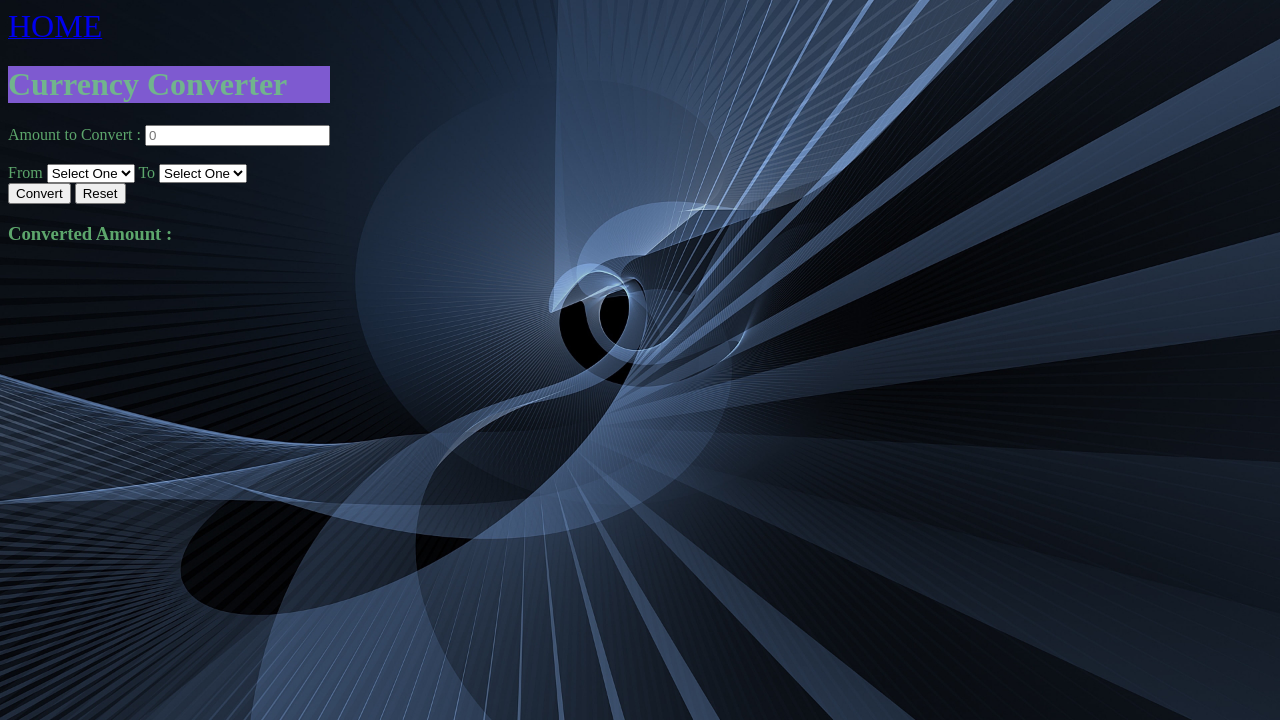
Repository: AJEET006/AdvanceJava-DSA
Page: ADVANCE_JAVA/HW_Example/WebContent/CurrencyConverter.html
The author's editor kept a copy of each file at every save. The page is drawn from the files as they stood at one save, then again after the next save.
The browser window is 1280 px wide. The page is 1288 px wide, so the pictures cover 1288 px, including what lies to the right of the window. The pictures show the whole page.

Above is the page before, as saved 2022-06-22 02:48:34.

### ADVANCE_JAVA/HW_Example/WebContent/CurrencyConverter.html
<!DOCTYPE html>
<html>
<head>
<style>
body {
	background-image: url("./home3.jpg");
	height: 50%;
	width: 100%;
	background-repeat: no-repeat;
	background-size: cover;
}
</style>
<meta charset="ISO-8859-1">
<title>Insert title here</title>
</head>
<body>
	<a href="Firstpage.html"><font size="6"
		style="border-width: medium;">HOME</font></a>
	<center></center>
	<div
		style="color: rgba(110, 199, 126, 0.825); border: size 2px; width: fit-content;">
		<h1 style="background-color: rgb(126, 90, 208);">Currency
			Converter</h1>
		Amount to Convert : <input type="text" placeholder="0"> <br />
		<br /> From <select>
			<option value="select">Select One</option>
			<option value="USD">USD</option>
			<option value="INR">INR</option>
		</select> To <select>
			<option value="Select">Select One</option>

			<option value="USD">USD</option>
			<option value="INR">INR</option>
		</select> <br /> <input type="button" value="Convert" /> <input type="button"
			value="Reset" />

		<h3>Converted Amount :</h3>



	</div>

</body>
</html>

After the next save:
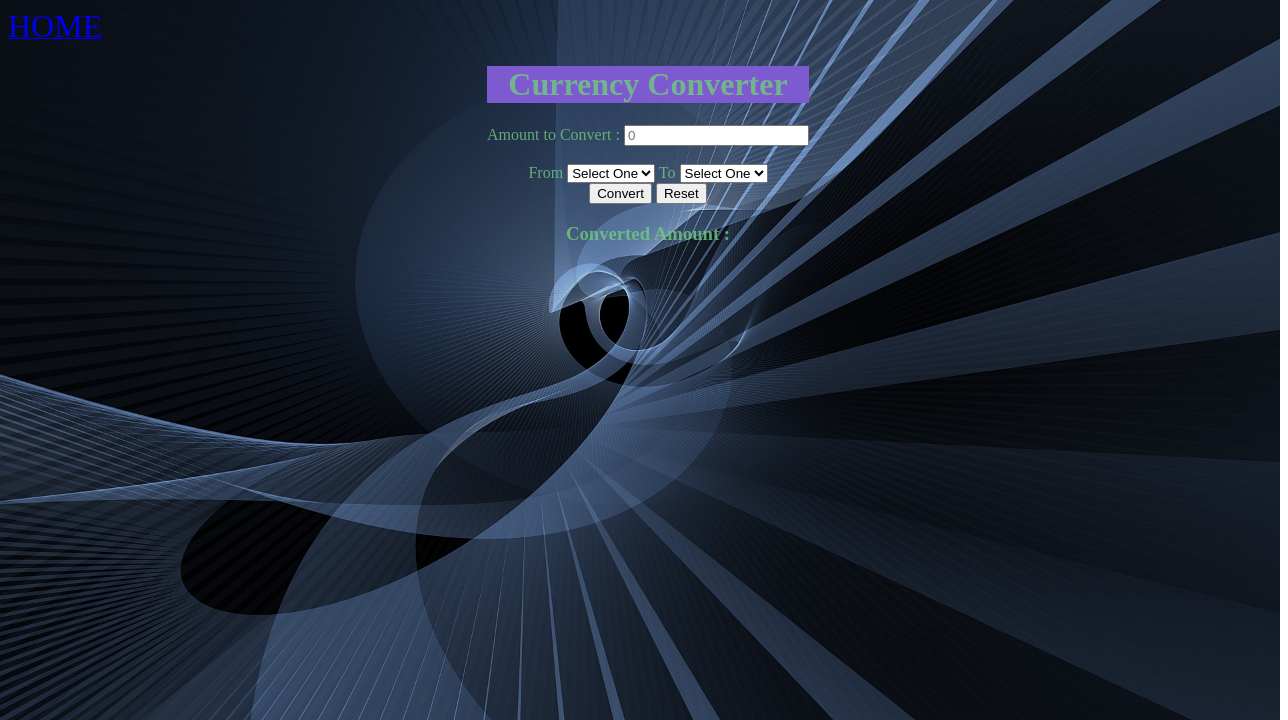
Saved 44 s later.
--- a/ADVANCE_JAVA/HW_Example/WebContent/CurrencyConverter.html
+++ b/ADVANCE_JAVA/HW_Example/WebContent/CurrencyConverter.html
@@ -16,7 +16,7 @@ body {
 <body>
 	<a href="Firstpage.html"><font size="6"
 		style="border-width: medium;">HOME</font></a>
-	<center></center>
+	<center>
 	<div
 		style="color: rgba(110, 199, 126, 0.825); border: size 2px; width: fit-content;">
 		<h1 style="background-color: rgb(126, 90, 208);">Currency
@@ -38,7 +38,7 @@ body {
 
 
 
-	</div>
+	</div></center>
 
 </body>
 </html>
